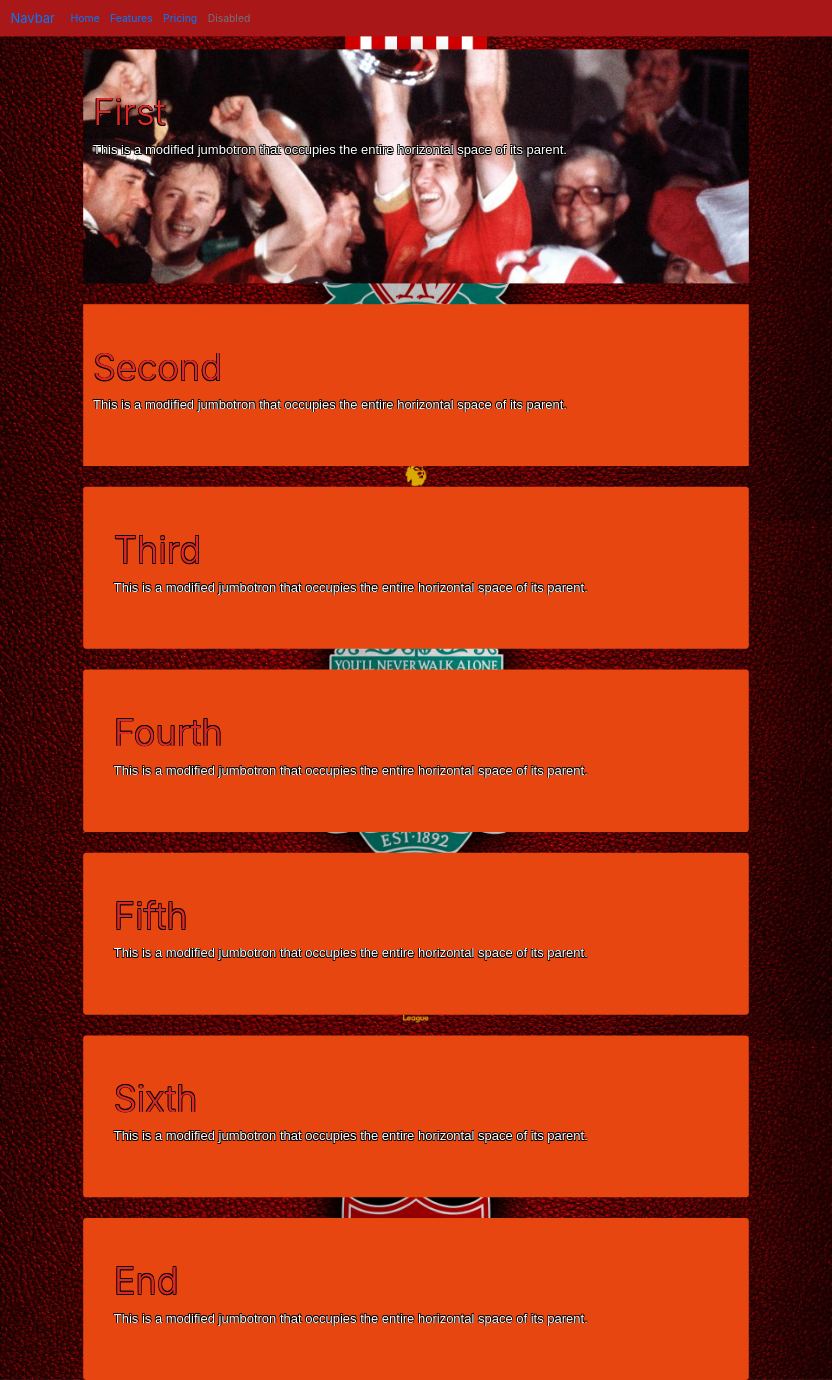
Repository: DalyAD/allez-2
Page: page1.html
The author's editor kept a record of every edit. The page is drawn from the files as they stood at one moment, then again after the next edit.
The browser window is 1280 px wide. The pictures show the whole page, at 65% of full size.
Backgrounds fixed to the window are drawn as part of the page.

Above is the page before.

After the next edit:
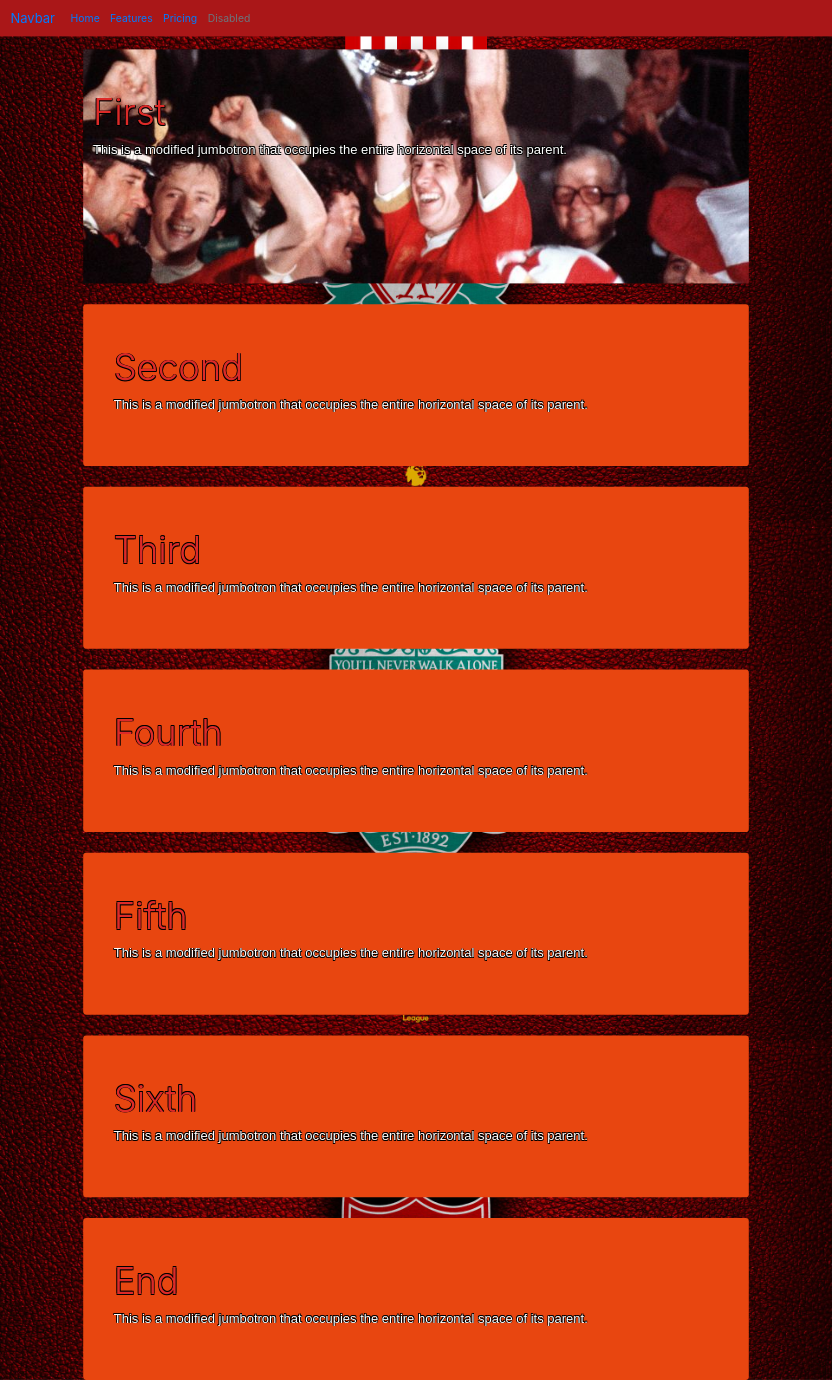
The edit:
--- a/page1.html
+++ b/page1.html
@@ -35,7 +35,7 @@
                 <p class="lead">This is a modified jumbotron that occupies the entire horizontal space of its parent.</p>
             </div>
         </div>
-        <div class="jumbotron jumbotron-fluid second">
+        <div class="jumbotron second">
             <div class="container">
                 <h1 class="display-4">Second</h1>
                 <p class="lead">This is a modified jumbotron that occupies the entire horizontal space of its parent.</p>
